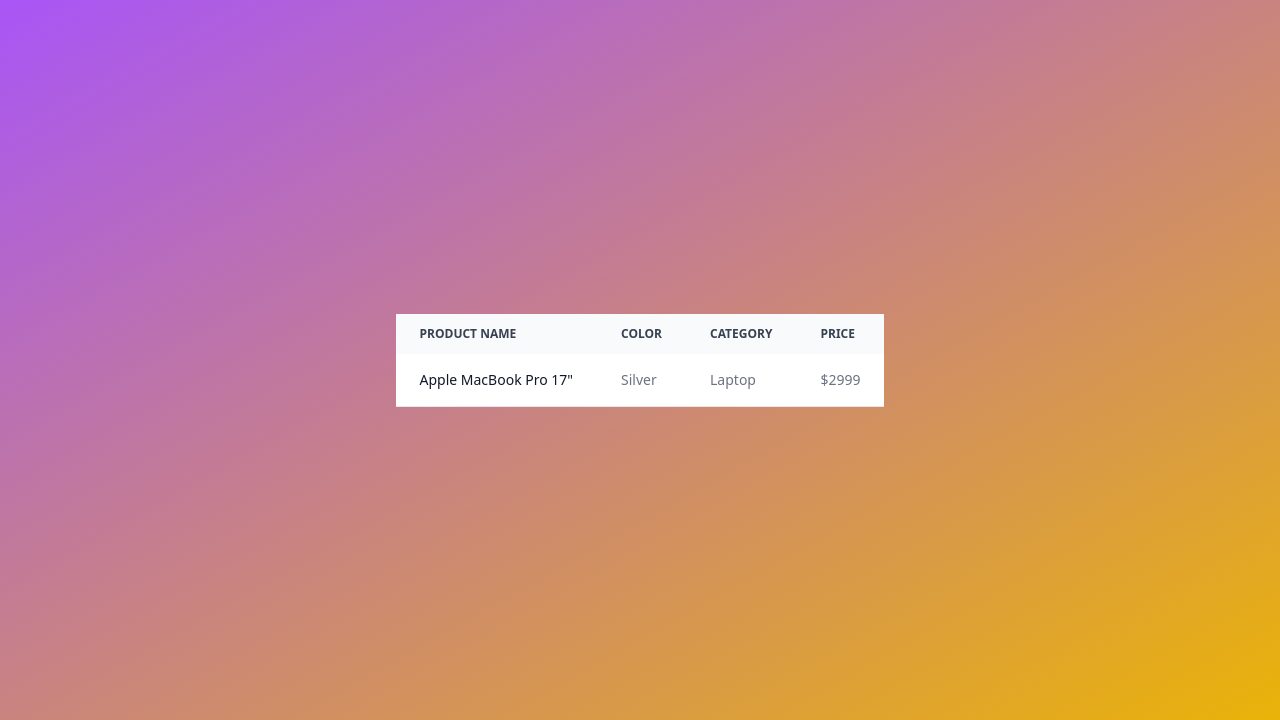
Repository: theanmol-raj/2010080029
Page: /
These files come from the project's save history. The page is drawn as it stood at one moment and after the next save; the edit follows.
The browser window is 1280 px wide. The pictures show the whole page.
The project was rebuilt for these pictures with package versions that can differ from the ones it lists, and the page was loaded fresh each time.

Above is the page before, as saved 2023-04-29 20:41:45.

After the next save:
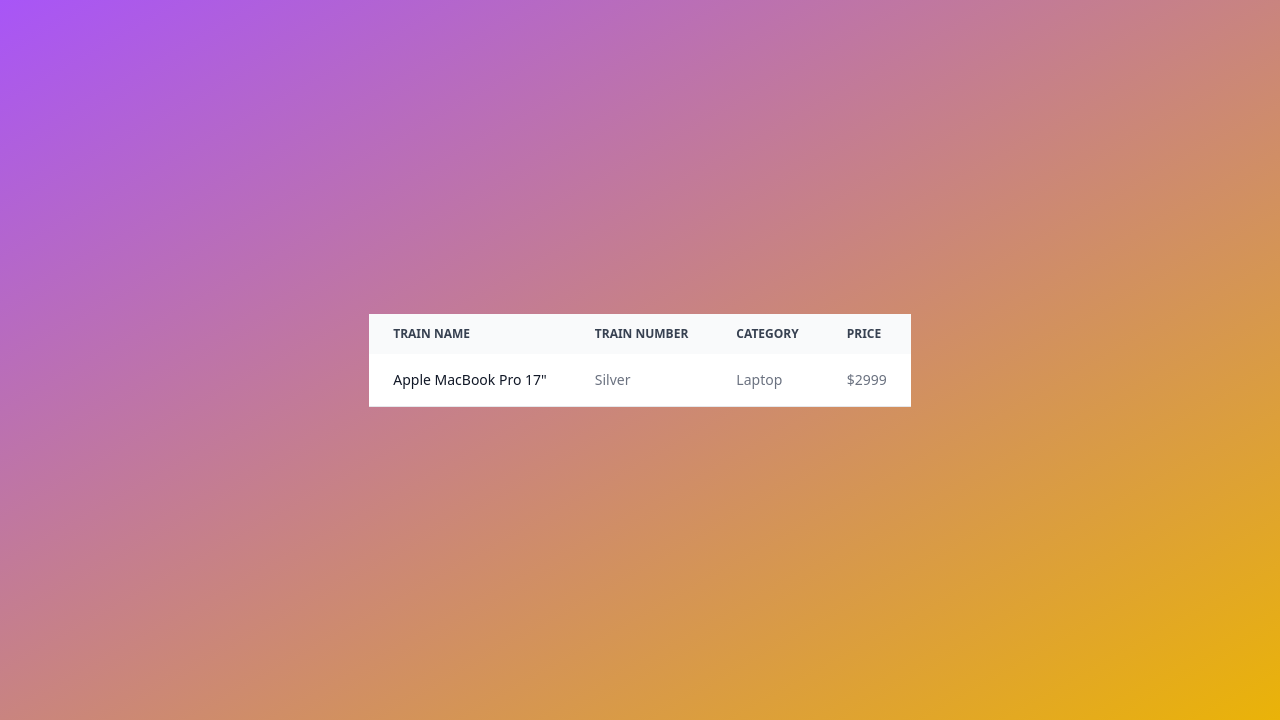
Saved 42 s later.
--- a/src/components/TrainINfo.jsx
+++ b/src/components/TrainINfo.jsx
@@ -10,10 +10,10 @@
             <thead class="text-xs text-gray-700 uppercase bg-gray-50 dark:bg-gray-700 dark:text-gray-400">
               <tr>
                 <th scope="col" class="px-6 py-3">
-                  Product name
+                  Train Name
                 </th>
                 <th scope="col" class="px-6 py-3">
-                  Color
+                  Train Number
                 </th>
                 <th scope="col" class="px-6 py-3">
                   Category
